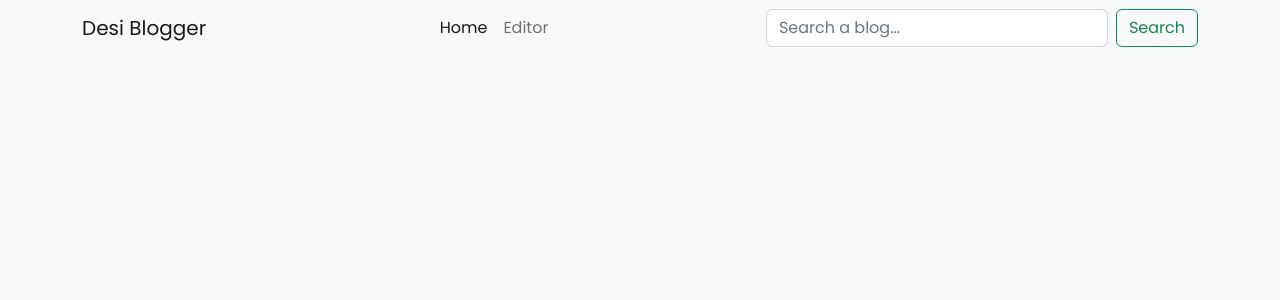
Repository: badhon252/Desi_Blogger
Page: public/home.html
An editor plug-in stored every save of this project. The page is shown before and after the next save, followed by the edit.
The browser window is 1280 px wide. The pictures show the whole page.

Above is the page before, as saved 2022-11-15 19:16:18.

After the next save:
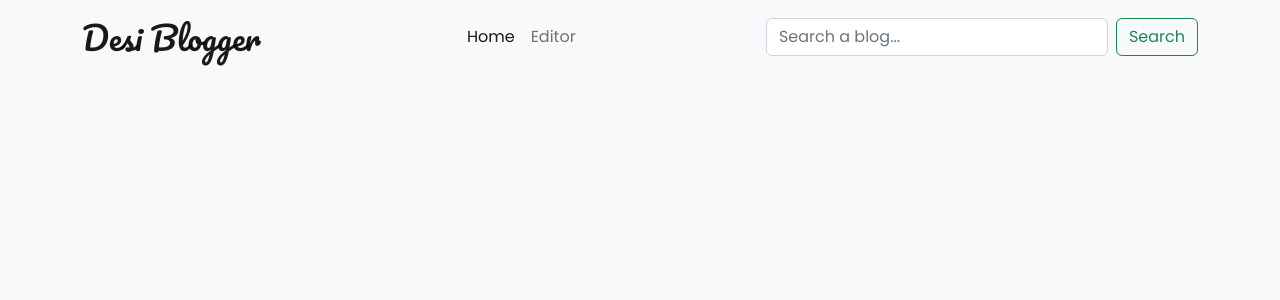
Saved 15 s later.
--- a/public/css/home.css
+++ b/public/css/home.css
@@ -14,3 +14,8 @@ body {
   background: #1b1b1b;
   color: #fff;
 }
+
+.navbar-brand {
+  font-family: "Pacifico", cursive;
+  font-size: 2rem;
+}
